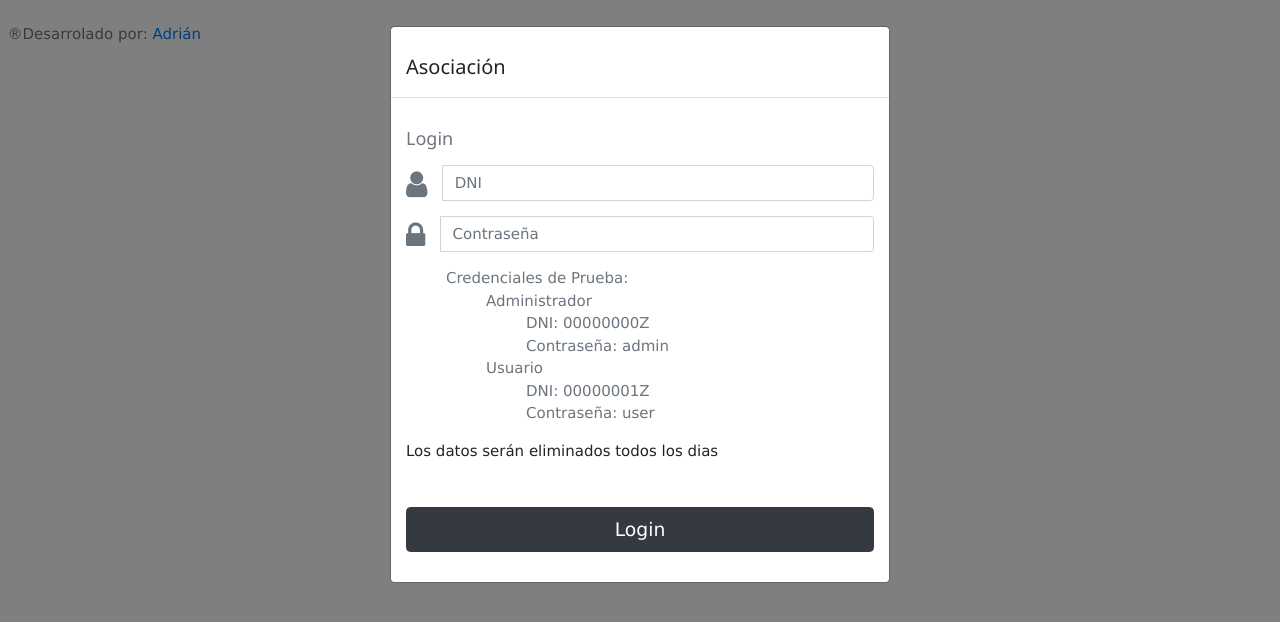
Repository: adrianllorian/adrianllorian-gestion-asociacion-backend
Page: WebStorage/index.html
The author's editor kept a copy of each file at every save. The page is drawn from the files as they stood at one save, then again after the next save.
The browser window is 1280 px wide. The pictures show the whole page.
Some web libraries are served in a nearby version.

Above is the page before, as saved 2022-01-14 21:17:28.

After the next save:
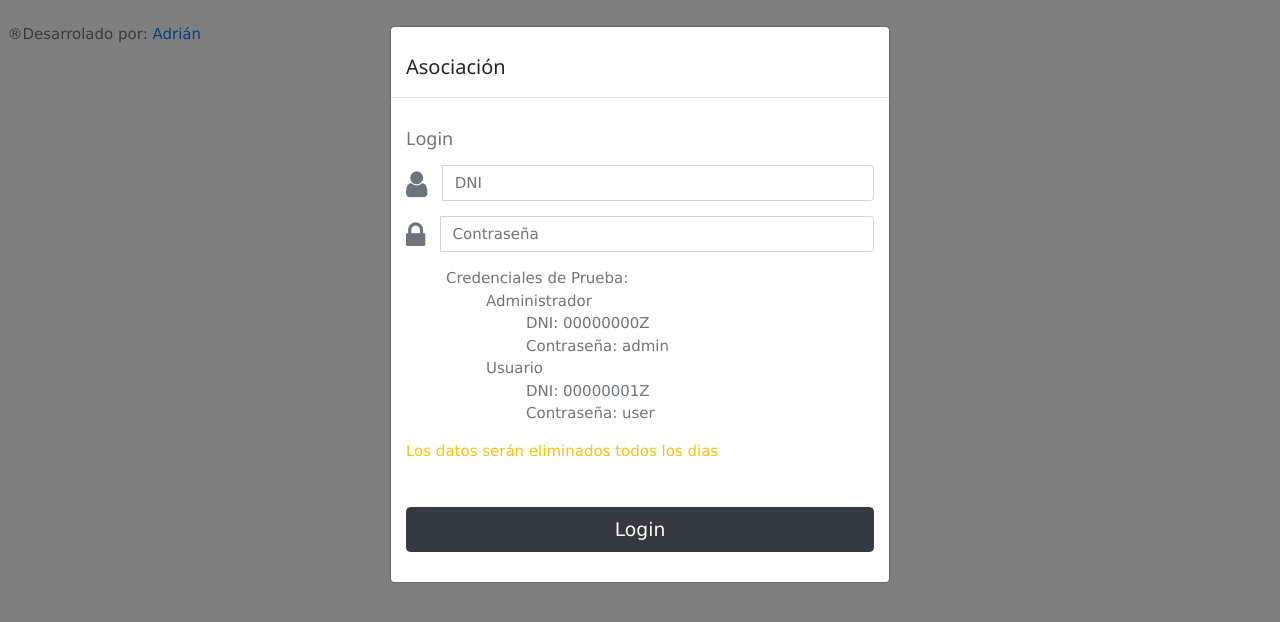
Saved 9 s later.
--- a/WebStorage/index.html
+++ b/WebStorage/index.html
@@ -287,7 +287,7 @@
                                 </ul>
 
                             </ul>
-                            <span class="text-warining">Los datos serán eliminados todos los dias</span>
+                            <span class="text-warning">Los datos serán eliminados todos los dias</span>
 
                         </div>
                         <div class="form-group">
